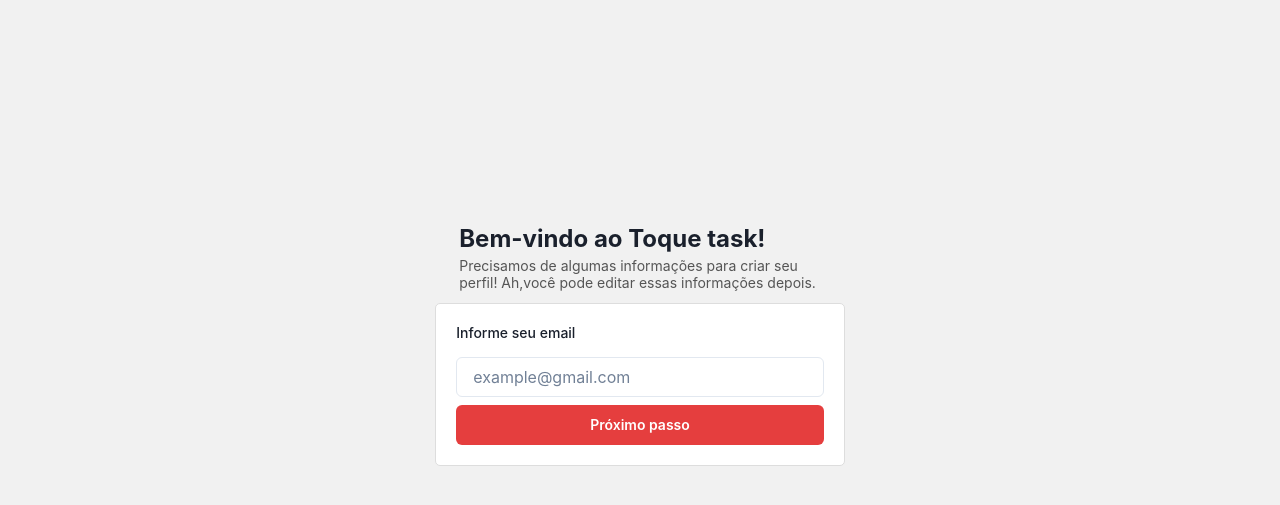
Repository: jorgelucasjs/chakra-ui-doc
Page: /
An editor plug-in stored every save of this project. The page is shown before and after the next save, followed by the edit.
The browser window is 1280 px wide. The pictures show the whole page.
The project was rebuilt for these pictures with package versions that can differ from the ones it lists, and the page was loaded fresh each time.

Above is the page before, as saved 2023-01-06 14:32:27.

### public/index.html
<!DOCTYPE html>
<html lang="en">
  <head>
    <meta charset="utf-8" />
   <!--  <link rel="icon" href="%PUBLIC_URL%/logo.jpg" /> -->
    <meta name="viewport" content="width=device-width, initial-scale=1" />
    <meta name="theme-color" content="#000000" />
    <meta
      name="description"
      content="Web site created using create-react-app"
    />
    <!-- <link rel="apple-touch-icon" href="%PUBLIC_URL%/logo.jpg" /> -->
    <!--
      manifest.json provides metadata used when your web app is installed on a
      user's mobile device or desktop. See https://developers.google.com/web/fundamentals/web-app-manifest/
    -->
    <link rel="manifest" href="%PUBLIC_URL%/manifest.json" />
    <!--
      Notice the use of %PUBLIC_URL% in the tags above.
      It will be replaced with the URL of the `public` folder during the build.
      Only files inside the `public` folder can be referenced from the HTML.

      Unlike "/favicon.ico" or "favicon.ico", "%PUBLIC_URL%/favicon.ico" will
      work correctly both with client-side routing and a non-root public URL.
      Learn how to configure a non-root public URL by running `npm run build`.
    -->
    <title>Chackra ui</title>
  </head>
  <body>
    <noscript>You need to enable JavaScript to run this app.</noscript>
    <div id="root"></div>
    <!--
      This HTML file is a template.
      If you open it directly in the browser, you will see an empty page.

      You can add webfonts, meta tags, or analytics to this file.
      The build step will place the bundled scripts into the <body> tag.

      To begin the development, run `npm start` or `yarn start`.
      To create a production bundle, use `npm run build` or `yarn build`.
    -->
  </body>
</html>

### src/index.tsx
import React from 'react';
import ReactDOM from 'react-dom/client';
import App from './App';
import reportWebVitals from './reportWebVitals';

const root = ReactDOM.createRoot(
  document.getElementById('root') as HTMLElement
);


root.render(

	<React.StrictMode>
		<App />
	</React.StrictMode>

);

reportWebVitals();

### src/App.tsx
import * as React from 'react';
import PagesRouter from './routes';
import { extendTheme, ChakraProvider, ColorModeScript } from '@chakra-ui/react';
import theme from './theme/theme';

export default function App(): JSX.Element {

	return (
		<ChakraProvider theme={theme}>
			<ColorModeScript initialColorMode={theme.config.initialColorMode} />
			<PagesRouter />
		</ChakraProvider>
	);
}

### src/routes/index.tsx
import React from 'react';
import { BrowserRouter, Route, Routes } from 'react-router-dom';
import Home from '../pages';
import GlobalStyle from './../style/Global';
export default function PagesRouter(): JSX.Element {
	return (

		<BrowserRouter>
			<GlobalStyle />

			<Routes>

				<Route
					path='/'
					element={<Home />}
				/>
			</Routes>
		</BrowserRouter>

	);
}

### src/theme/theme.ts
import { extendTheme, ThemeConfig } from '@chakra-ui/react';

const config: ThemeConfig = {
	initialColorMode: 'light',
	useSystemColorMode: false,
};

const colors = {
	brand: {
		900: '#1a365d',
		800: '#153e75',
		700: '#2a69ac',
	},
};

const theme = extendTheme({ config, colors });

export default theme;

### src/pages/index.tsx
import React from 'react';
import { Box, Text, Flex, FormControl, FormLabel, Input,Button } from '@chakra-ui/react';


export default function index(): JSX.Element {

	return (
		<Flex justify={'center'} bg={'#F1F1F1'} height='100vh'>

			<Box h={300} w={'32%'} mt={200}>

				<Box p={6} pb={0}>

					<Text fontSize='2xl' mb={1} fontWeight='bold'>Bem-vindo ao Toque task!</Text>

					<Text fontSize='14' color={'#555555'}>
						Precisamos de algumas informações para criar seu perfil!
						Ah,você pode editar essas informações depois.
					</Text>
				</Box>

				<Box bg='#fff' p={5} mt={3} borderRadius={5} border='1px solid #ddd'>
					<FormControl>
						<FormLabel fontSize='14' mb='4'>Informe seu email</FormLabel>
						<Input type='email' placeholder='example@gmail.com'/>
						<Button
							w={'100%'}
							mt={2}
							colorScheme={'red'}
							color='#fff'
							fontSize='14'
						>Próximo passo </Button>
					</FormControl>
				</Box>
			</Box>
		</Flex>
	);
}

### src/style/Global.ts
import { createGlobalStyle } from 'styled-components';

export default createGlobalStyle`
  * {
	  margin: 0;
	  padding: 0;
	  box-sizing: border-box;
	}

  body {
	  width: 100vw;
	  background:#fefefe;
  }

  body,
  input,
  textarea,
  button {
	font: 400 1rem Inter, sans-serif;
  }

  h1 {
	font-size: 2.5rem;
	font: 700;
	font-family: 'Work Sans', sans-serif;
  }

  h2 {
	font-size: 1.5rem;
  }

  button {
	cursor: pointer;
  }

  h1,
  h2,
  h3,
  h4,
  h5,
  h6 {
	font-weight: 600;
	font-family: Lexend, sans-serif;
  }

  input {
	outline: none;
  }
  a{
	text-decoration:none;
	color:#fff;
  }
  .modalContent,
  .secondModal {
	>img {
	  width: 15rem;
	  margin: 15px auto;
	  display: flex;
	  justify-content: center;
	  align-self: center;
	}
	> form {
	  margin: 20px 0;
	  width: 100%;
	  text-align: center;

	> label {
	  display: flex;
	  align-items: flex-start;
	  margin: 15px 0;
	  color: #1c1c1c;
	}

	>button {
	  margin-top: 25px;
	}
  }
}


.secondModal {
  >h1 {
	text-align: center;
	margin: 4rem 0 0 0;
  }

  >span {
	display: block;
	text-align: center;
	color: #1c1c1c;
	font-size: 15px;
	margin: 20px 0;
  }
}



`;

Loaded but not shown: src/reportWebVitals.ts (common file)

After the next save:
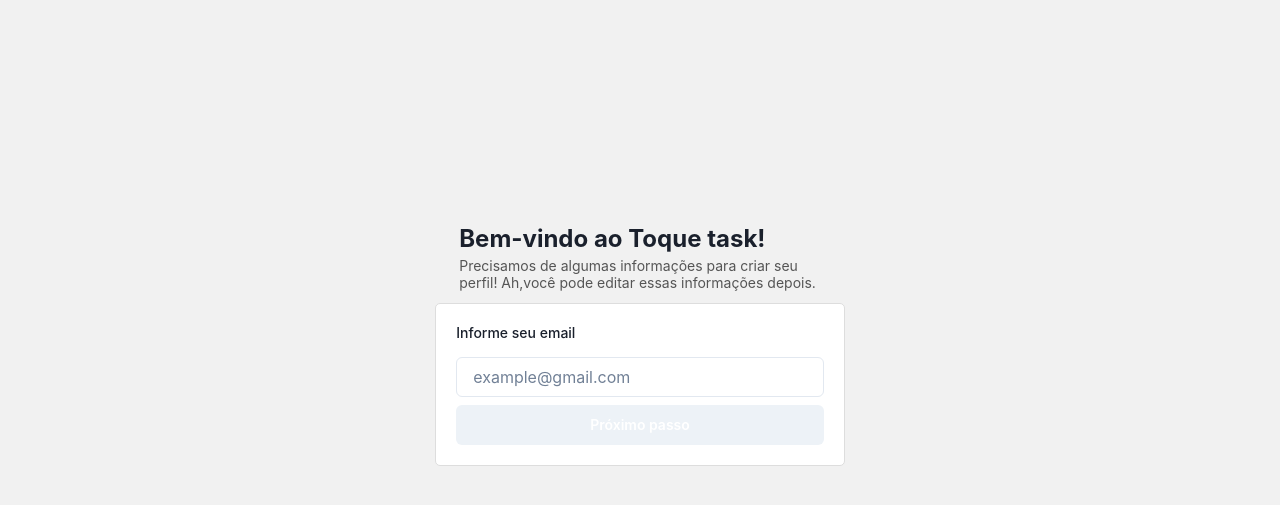
Saved 52 s later.
--- a/src/pages/index.tsx
+++ b/src/pages/index.tsx
@@ -26,7 +26,7 @@
 						<Button
 							w={'100%'}
 							mt={2}
-							colorScheme={'red'}
+							bac
 							color='#fff'
 							fontSize='14'
 						>Próximo passo </Button>
